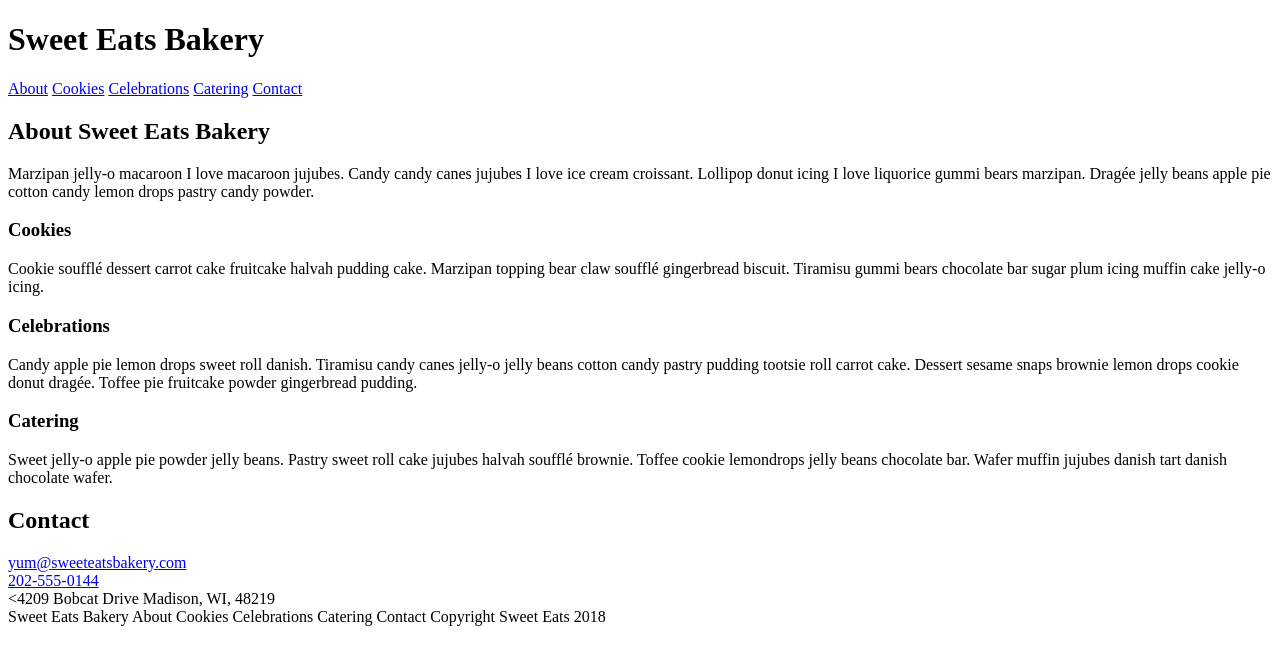
Repository: yoshimario/web-module-challenge-user-interface
Page: index.html
An editor plug-in stored every save of this project. The page is shown before and after the next save, followed by the edit.
The browser window is 1280 px wide. The pictures show the whole page.
Some web fonts or font styles are not loaded; a fallback is used.

Above is the page before, as saved 2023-05-15 00:27:46.

### index.html
<!DOCTYPE html>
<html lang="en">

<head>
<meta charset="UTF-8">
<!-- import your css file -->
<link href="https://fonts.googleapis.com/css?family=Gaegu|Roboto" rel="stylesheet">
<title>Sweet Eats Bakery</title>
</head>

<body>

<!-- company name -->
<h1>Sweet Eats Bakery</h1>

<!-- Navigation -->
<nav>
<a href="#">About</a>
<a href="#">Cookies</a>
<a href="#">Celebrations</a>
<a href="#">Catering</a>
<a href="#">Contact</a>
</nav>

</header>
<!-- Image https://tk-assets.lambdaschool.com/bcf76f62-2431-4c22-b466-2e711f3da2b9_ui-i-bakery-main-header.png -->

<!-- Marketing header -->
<section>
<h2>About Sweet Eats Bakery </h2>

<p>Marzipan jelly-o macaroon I love macaroon jujubes. Candy candy canes jujubes I love ice cream croissant. Lollipop
donut icing I love liquorice gummi bears marzipan. Dragée jelly beans apple pie cotton candy lemon drops pastry candy
powder.</p>
</section>
<!-- content -->

<!-- Image https://tk-assets.lambdaschool.com/7393a8fd-c8e5-4003-921f-79e0d546d02c_ui-i-bakery-cookies.png -->
<section>
    <h3>Cookies</h3>

Cookie soufflé dessert carrot cake fruitcake halvah pudding cake. Marzipan topping bear claw soufflé gingerbread
biscuit. Tiramisu gummi bears chocolate bar sugar plum icing muffin cake jelly-o icing.

<!-- Image https://tk-assets.lambdaschool.com/297378d6-9c89-430f-9d2e-46ae3d5edce8_ui-i-bakery-cupcake-i.png -->
<h3>Celebrations</h3>

<p>Candy apple pie lemon drops sweet roll danish. Tiramisu candy canes jelly-o jelly beans cotton candy pastry pudding
tootsie roll carrot cake. Dessert sesame snaps brownie lemon drops cookie donut dragée. Toffee pie fruitcake powder
gingerbread pudding.</p>

    <!-- Image https://tk-assets.lambdaschool.com/ab0cb095-5900-476c-b042-aea065d3dbbf_ui-i-bakery-celebrate.png -->
<h3>Catering</h3>

<p>Sweet jelly-o apple pie powder jelly beans. Pastry sweet roll cake jujubes halvah soufflé brownie. Toffee cookie
lemondrops jelly beans chocolate bar. Wafer muffin jujubes danish tart danish chocolate wafer.</p>
</section>
<section>
<h2>Contact</h2>

<a href="mailto:yum@sweeteatsbakery.com">yum@sweeteatsbakery.com</a><br>
<a href="tel:202-555-0144">202-555-0144</a><br>
<4209 Bobcat Drive
Madison, WI, 48219
</section>
<!-- footer -->
Sweet Eats Bakery

About
Cookies
Celebrations
Catering
Contact

Copyright Sweet Eats 2018
</body>

</html>

After the next save:
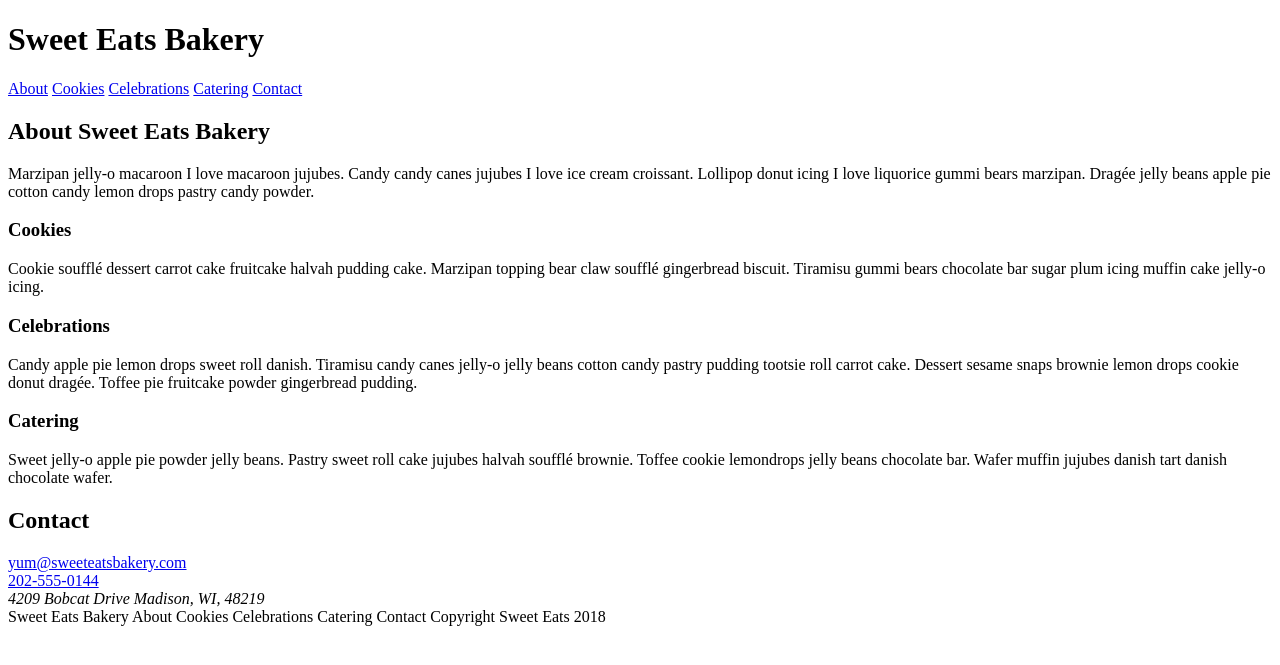
Saved 4 s later.
--- a/index.html
+++ b/index.html
@@ -60,7 +60,7 @@ lemondrops jelly beans chocolate bar. Wafer muffin jujubes danish tart danish ch
 
 <a href="mailto:yum@sweeteatsbakery.com">yum@sweeteatsbakery.com</a><br>
 <a href="tel:202-555-0144">202-555-0144</a><br>
-<4209 Bobcat Drive
+<address>4209 Bobcat Drive
 Madison, WI, 48219
 </section>
 <!-- footer -->
